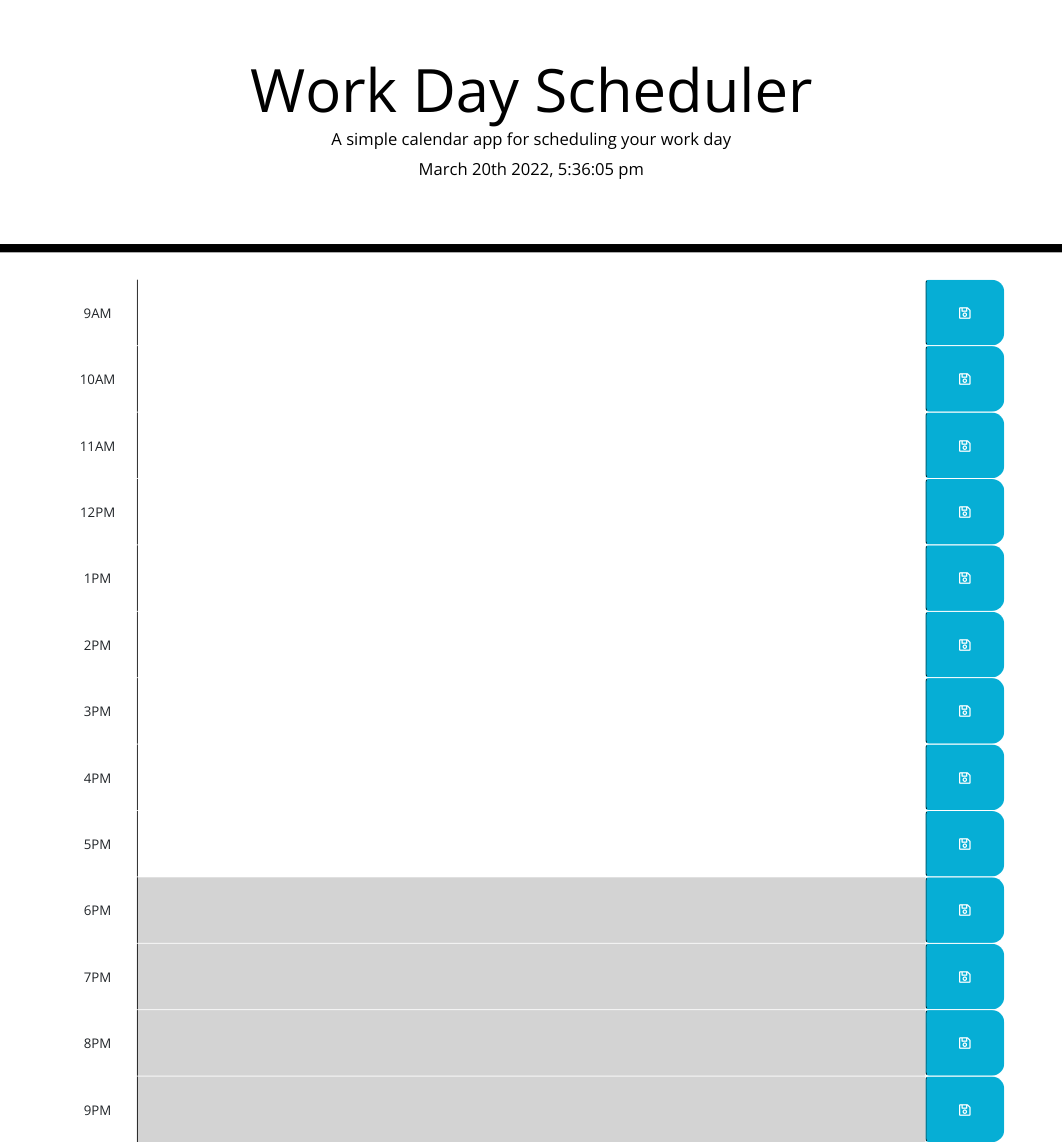
Repository: cobalt88/work-day-scheduler
Page: index.html
These files come from the project's save history. The page is drawn as it stood at one moment and after the next save; the edit follows.
The browser window is 1280 px wide. The pictures show the whole page, at 83% of full size.
Some web libraries are served in a nearby version.

Above is the page before, as saved 2022-03-25 18:27:26.

After the next save:
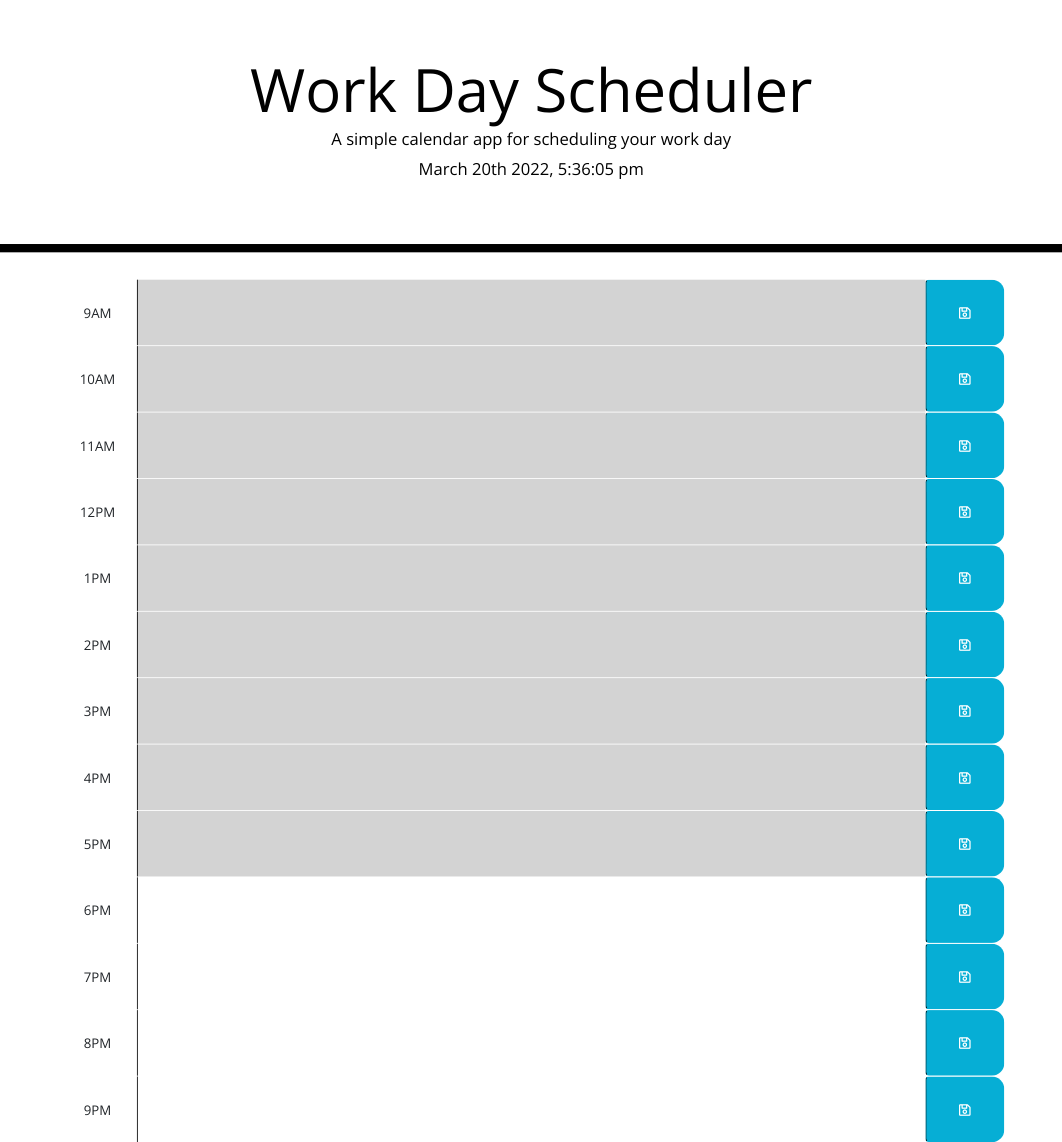
Saved 27 s later.
--- a/assets/logic.js
+++ b/assets/logic.js
@@ -31,7 +31,7 @@ console.log(timeBlocks[0].children[1])
 for (let i = 0; i < timeBlocks.length; i++) {
   var timeBlockId = parseInt(timeBlocks[i].id);
   console.log(timeBlockId);
-  if (timeBlockId > parseInt(currentTime)) {
+  if (timeBlockId < parseInt(currentTime)) {
     timeBlocks[i].children[1].className += 'past';
   }
 }
